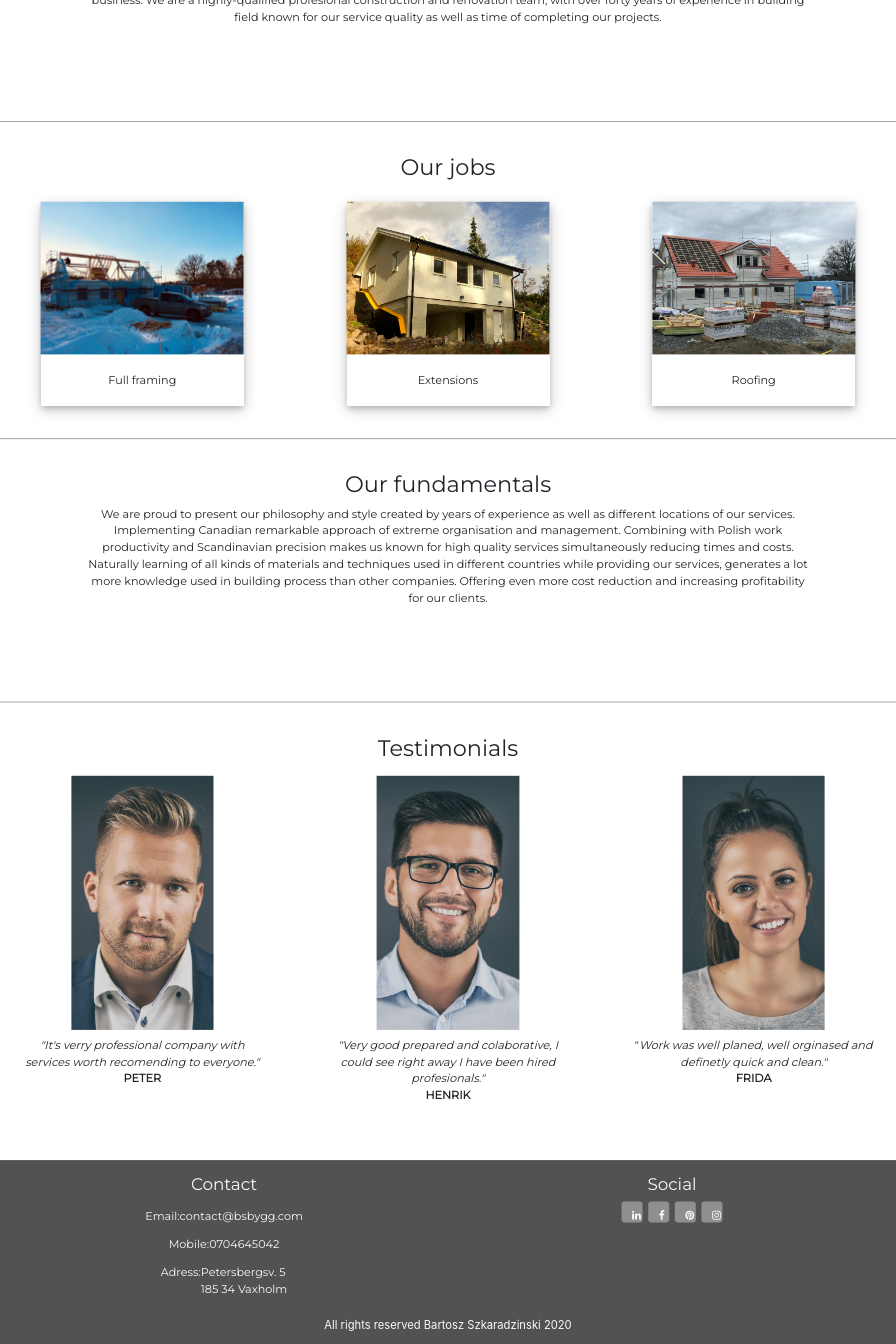
Repository: Bartie1982/milestone-project-1
Page: index.html
The author's editor kept a record of every edit. The page is drawn from the files as they stood at one moment, then again after the next edit.
The browser window is 1280 px wide. The pictures show the part of the page from y = 906 to 2826 px (the page is 2826 px tall), at 70% of full size.
Some web libraries are served in a nearby version.

Above is the page before.

### index.html
<!DOCTYPE html>
<html lang="en">

<head>
    <meta charset="UTF-8">
    <meta name="viewport" content="width=device-width, initial-scale=1.0">
    <meta http-equiv="X-UA-Compatible" content="ie=edge">
    <link rel="stylesheet" href="https://stackpath.bootstrapcdn.com/bootstrap/4.3.1/css/bootstrap.min.css" type="text/css" />
    <link rel="stylesheet" href="https://stackpath.bootstrapcdn.com/font-awesome/4.7.0/css/font-awesome.min.css" type="text/css" />
    <link rel="stylesheet" href="assets/css/style.css" type="text/css" />
    <title>BsBygg</title>
</head>

<body>
    <header>
        <div class="container-fluid h-50 d-inline-block">
            <div class="row">
                   <div class="mt-2  float-sm-left col-lg-2 col-md-3 col-sm-4 col-4">
                        <a href="index.html">
                        <img class="img logo" src="./assets/images/logo1.png" alt="Bs.bygg">
                        </a>
                    </div>
                    <div class="mt-2 col-lg-10 col-md-9 col-sm-8 col-8">
                            <nav class="mt-0 navbar navbar-expand-lg navbar-dark navbar-custom">
                            <a class="navbar-brand float-sm-left" href="index.html">Bs bygg</a>
                             <button class="navbar-toggler custom-toggler" type="button" data-toggle="collapse" data-target="#navbarNav" aria-controls="navbarNav" aria-expanded="false" aria-label="Toggle navigation">
                                    <span class="navbar-toggler-icon"></span>
                            </button>
                                <div class="navbar-brand collapse navbar-collapse" id="navbarNav">
                                    <ul class="navbar-nav">
                                        <li class="nav-item">
                                            <a class="navbar-brand" href="#about-us">About us</a>
                                        </li>
                                        <li class="nav-item">
                                            <a class="navbar-brand" href="#our-jobs">Our jobs</a>
                                        </li>
                                        <li class="nav-item">
                                            <a class="navbar-brand" href="#our-fundamentals">Our fundamentals</a>
                                        </li>
                                        <li class="nav-item">
                                            <a class="navbar-brand" href="#testimonials">Testimonials</a>
                                        </li>
                                        <li class="nav-item">
                                            <a class="navbar-brand" href="#contact">Contact</a>
                                        </li>
                                    </ul>
                                </div>

                        </nav>
                    </div>
        </div>
            </div>
            <div class="container-fluid h-50 d-inline-block">
                <div class="h-75 d-inline-block d-flex justify-content-center quote">
                        <p class="align-self-end ">Profesionals simply by working different!</p>
                </div>
            </div>
    </header>

    <section>
        <div class="d-flex justify-content-center" id="about-us">
            <div class="col-md-10 about-us">
                <h2>About-us</h2>

                <p class="text-space">Established in 1995 our company is a family bussines,
                started by my father who was providing construction and renovation services of all sorts in Sweden and Scandinavia.
                In 1999 My brother and I have joined my fathers company and together we expanded rapidly.
                Completing bigger and more complicated houses designs in Sweden, Danmark, Uk, Poland and Canada over time  we were growing and evolving to get framing and construction projects ahead simultaneously remaning in renovation business.
                We are a highly-qualified profesional construction and renovation team, with over forty years of experience in building field known for our service quality as well as time of completing our projects.
                </p>

            </div>
        </div>

        <div class="row">
            <div class="col-md-12 h-line4">
                <hr>
            </div>
        </div>

    </section>
    <section>
        <div class="row" id="our-jobs">
            <div class="col-md-12 Our-jobs">
                <h2>Our jobs</h2>
                    <div class="row d-flex justify-content-around">
                        <div class="col-sm-12 col-md-12 col-lg-4">
                            <div class="polaroid">
                        <img src="./assets/images/balsta-light.jpg" alt="Full framing" style="width:100%">
                             <div class="container p">
                             <p>Full framing</p>
                             </div>
                       </div>
                        </div>
                        <div class="col-sm-12 col-md-12 col-lg-4">
                            <div class="polaroid">
                        <img src="./assets/images/akersberga-ed.jpg" alt="Extensions" style="width:100%">
                             <div class="container p">
                             <p>Extensions</p>
                             </div>
                       </div>
                        </div>
                        <div class="col-sm-12 col-md-12 col-lg-4">
                            <div class="polaroid">
                        <img src="./assets/images/tak-arbetet-ed.jpg" alt="Roofing" style="width:100%">
                             <div class="container p">
                             <p>Roofing</p>
                         </div>
                        </div>
                    </div>
                </div>
            </div>
        </div>
    </section>
    <section>
        <div class="row">
            <div class="col-md-12 h-line3">
                <hr>
            </div>
        </div>
        <div class="d-flex justify-content-center" id="our-fundamentals">
            <div class="col-md-10 our-fundamentals">
                <h2>Our fundamentals</h2>

                <p class="text-space">We are proud to present our philosophy and style created by years of experience as well as different locations of our services.
                Implementing  Canadian remarkable approach of extreme organisation and management.
                Combining with Polish work productivity and Scandinavian precision makes us known for high quality services simultaneously reducing times and costs.
                Naturally learning of all kinds of materials and techniques used in different countries while providing our services, generates a lot more knowledge used in building process than other companies. Offering even more
                cost reduction and increasing profitability for our clients.
                </p>
            </div>
        </div>

        <div class="row">
            <div class="col-md-12 h-line4">
                <hr>
            </div>
        </div>
    </section>
    <section>
        <div class="row" id="testimonials">
            <div class="col-md-12 Testimonials">
                <h2>Testimonials</h2>
                    <div class="row people d-flex justify-content-around">
                        <div class="col-sm-12 col-md-4 person">
                            <img class="img-fluid" src="./assets/images/Face 6.jpg" alt="Peter">
                            <p class="text-space"><i>"It's verry professional company with services worth recomending to everyone."</i><br><b>PETER</b></p>
                        </div>
                        <div class="col-sm-12 col-md-4 person">
                            <img class="img-fluid" src="./assets/images/Face 4.jpg" alt="Henrik">
                            <p class="text-space"><i>"Very good prepared and colaborative, I could see right away I have been hired profesionals."</i><br><b>HENRIK</b></p>
                        </div>
                        <div class="col-sm-12 col-md-4 person">
                            <img class="img-fluid" src="./assets/images/Face 7.jpg" alt="Frida">
                            <p class="text-space">"<i>Work was well planed, well orginased and definetly quick and clean."</i><br><b>FRIDA</b></p>
                        </div>
                    </div>
            </div>
                <div class="row">
                    <div class="col-md-12 h-line4">
                        <hr>
                    </div>
                </div>
    </section>
    <footer class="container-fluid" id="contact">
        <div class="row">
                <div class="col-lg-6 col-md-6 col-sm-12">
                    <h4 class="d-flex justify-content-center general-sub">Contact</h4>

                        <div class="d-flex flex-column general-sub">
                            <div>
                            <p class="d-flex justify-content-center"><b>Email:</b>  contact@bsbygg.com</p>
                            </div>
                            <div>
                            <p class="d-flex justify-content-center"><b>Mobile:</b> 0704645042 </p>
                            </div>
                            <div>
                            <p class="d-flex justify-content-center"><b>Adress:</b> Petersbergsv. 5 <br>185 34 Vaxholm</p>
                        </div>
                </div>
        </div>
            <div class="col-lg-6 col-md-6 col-sm-12 social">
                <h4 class="general-sub d-flex justify-content-center">Social</h4>
                <ul class="list-inline social-links d-flex justify-content-center">
                <li class="list-inline-item">
                    <a target="_blank" href="https://www.linkedin.com/">
                        <i class="fa fa-linkedin" aria-hidden="true"></i>
                        <span class="sr-only">Linkedin</span>
                    </a>
                </li>

                <li class="list-inline-item">
                    <a target="_blank" href="https://www.facebook.com/">
                        <i class="fa fa-facebook" aria-hidden="true"></i>
                        <span class="sr-only">Facebook</span>
                    </a>

                </li>
                <li class="list-inline-item">
                    <a target="_blank" href="https://www.pinterest.com/">
                        <i class="fa fa-pinterest" aria-hidden="true"></i>
                        <span class="sr-only">Pinterest</span>
                    </a>
                </li>
                <li class="list-inline-item">
                    <a target="_blank" href="https://www.instagram.com/">
                        <i class="fa fa-instagram" aria-hidden="true"></i>
                        <span class="sr-only">Instagram</span>
                    </a>
                </li>

                </ul>
            </div>
        </div>
        <div class="d-flex justify-content-center">
            <p class="">All rights reserved  Bartosz Szkaradzinski 2020</p>
        </div>
    </footer>
    <script src="https://code.jquery.com/jquery-3.2.1.slim.min.js" integrity="sha384-KJ3o2DKtIkvYIK3UENzmM7KCkRr/rE9/Qpg6aAZGJwFDMVNA/GpGFF93hXpG5KkN" crossorigin="anonymous"></script>
<script src="https://cdnjs.cloudflare.com/ajax/libs/popper.js/1.12.9/umd/popper.min.js" integrity="sha384-ApNbgh9B+Y1QKtv3Rn7W3mgPxhU9K/ScQsAP7hUibX39j7fakFPskvXusvfa0b4Q" crossorigin="anonymous"></script>
<script src="https://maxcdn.bootstrapcdn.com/bootstrap/4.0.0/js/bootstrap.min.js" integrity="sha384-JZR6Spejh4U02d8jOt6vLEHfe/JQGiRRSQQxSfFWpi1MquVdAyjUar5+76PVCmYl" crossorigin="anonymous"></script>
</body>

</html>

### assets/css/style.css
@import url('https://fonts.googleapis.com/css?family=Montserrat&display=swap:100,200,300,400,500,600,700|Exo:100,200,300,400,500,600,700');


/*----------------------------------------------Colours*/
.bg-color-name-title {
      color: #000234;
}



/*----------------------------------------------Heading*/

html, body {
    width: 100vw;
    overflow-x: hidden;
    overflow-y: auto;
}

header {
    height: 100vh;
    margin: 0;
    background: url("../images/Villa1.jpg");
    background-repeat: no-repeat;
    background-size: cover;


}

.logo {
    background-repeat: no-repeat;
    background-size: 30px;
    min-height: 20px;
    height: 50px;
    margin-top: inherit;
    margin-left: 20px;
    margin-right: 2px;
    padding-left: 0px;
    padding-right:0px;

}


.navbar {
    margin-right: auto;
    margin-left: auto;
    margin-top: 25px;

}

.navbar-dark {
    font-size: 22px;
    font-weight: 400;
}
.custom-toggler.navbar-toggler {
            border-color: lightgreen;
        }

.navbar-custom .navbar-brand,
.navbar-custom .navbar-text {
    color: #F0F8FF;
}

.quote {
    color: #F0FFF0;
    font-family: "Exo", Montserrat;
    font-weight: 100;
    font-size: 30px;
    text-align: center;


}


/*----------------------------------------------About us*/

.about-us {

    font-family: "Exo", Montserrat;
    margin-top: 30px;
    text-align: center;
    min-height: 300px;

}

/*----------------------------------------------Our fundamentals*/



.our-fundamentals {
    font-family: "Exo", Montserrat;
    margin-top: 30px;
    text-align: center;
    min-height: 300px;
}




/*----------------------------------------------Our jobs*/

.polaroid {
  width: 290px;
  box-shadow: 0 4px 8px 0 rgba(0, 0, 0, 0.2), 0 6px 20px 0 rgba(0, 0, 0, 0.19);
  text-align: center;
  margin: 30px auto 30px auto;

}

.Our-jobs {
    font-family: "Exo", Montserrat;
    margin-top: 30px;
    text-align: center;
    min-height: 300px;

}


/*----------------------------------------------Testimonials*/

.container p {
  padding: 25px;
}
.people {
    margin-top:20px;
    margin-bottom: 40px;
}
.person {

    height: inherit;
    margin-bottom: 30px;
}
.person img {
    width: 50%;
    margin-left: auto;
    margin-right: auto;
}
.person p {
    padding-left: 30px;
    padding-right: 30px;
}


.name {
    font-family: "Exo", Montserrat;
    background-position: center;
    margin-top: 50px;
    font-weight: 100;
    min-height: 100px;
    font-size: 46px;
    color: #fff;

}

.Testimonials {
    font-family: "Exo", Montserrat;
    margin-top: 30px;
    text-align: center;
    min-height: 300px;

}

/*----------------------------------------------Spacers/lines/margins/paddings/text */

h1,
h2,
h3,
h4 {
       margin: 0;
}

hr {
    background-color: grey;
    height: 1px;
    border: 0; }

.h-line3 {
    margin-top: 0;

}

.h-line4 {
    margin-top: 1%;
}

.text-space {
    margin-top: 10px;
    margin-bottom: 10px;
}

.general-sub {
    margin-top: 20px;
    margin-bottom: 10px;
    color: #fafafa;
    font-family: "Exo", Montserrat;
    font-weight: 300;

}

.inline-block {
    display: inline-block;

}

/*----------------------------------------------Footer*/

footer {
    background-color: #525252;
    color: #fafafa;
    min-height: 240px;
}

.contact {
    margin-left: auto;
    margin-right: auto;

}

.quote-pdf i {
    font-size: 20px;
    color: #fafafa;
    text-align: center;
    padding-left: 8px;
    transition: all 0.45s ease-in;
    -moz-transition: all 0.45s ease-in;
    -webkit-transition: all 0.45s ease-in;
    -o-transition: all 0.45s ease-in;
}

.quote-pdf i:hover {
    color: #40A8AF;

}
.social {
     margin-right: auto;
     margin-left: auto;
}

.social-links li a i {
    width: 30px;
    height:30px;
    padding: 15px;
    border-radius: 15%;
    font-size: 15px;
    line-height: 10px;
    text-align: center;
    color: #fafafa;
    background: #8f8f8f;
    transition: all 0.35s ease-in;
    -moz-transition: all 0.35s ease-in;
    -webkit-transition: all 0.35s ease-in;
    -o-transition: all 0.35s ease-in;
}

.social-links li a i:hover {
    background: #40A8AF;
}

After the next edit:
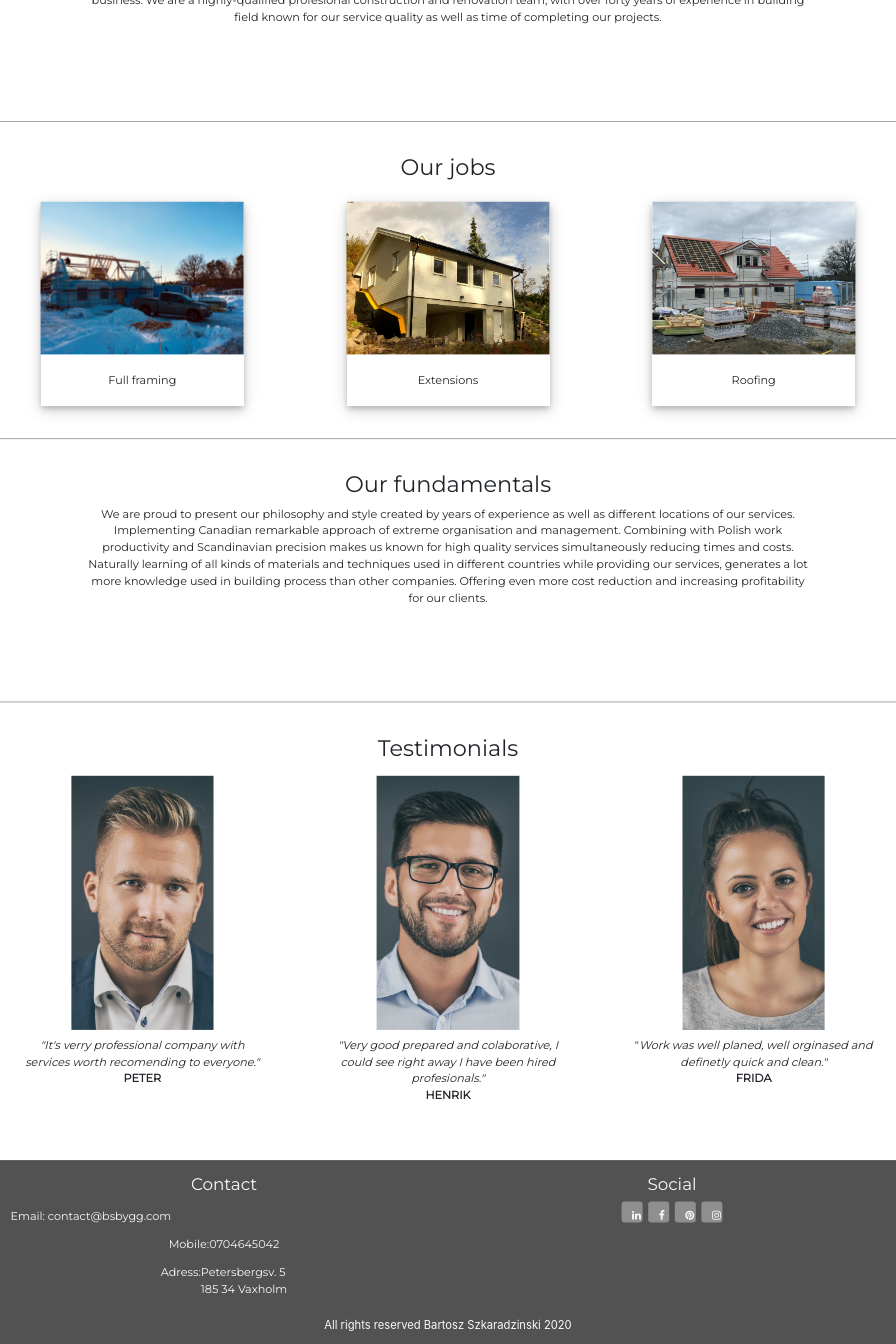
The edit:
--- a/index.html
+++ b/index.html
@@ -169,7 +169,7 @@
 
                         <div class="d-flex flex-column general-sub">
                             <div>
-                            <p class="d-flex justify-content-center"><b>Email:</b>  contact@bsbygg.com</p>
+                            <p class=""><b>Email:</b> contact@bsbygg.com</p>
                             </div>
                             <div>
                             <p class="d-flex justify-content-center"><b>Mobile:</b> 0704645042 </p>
